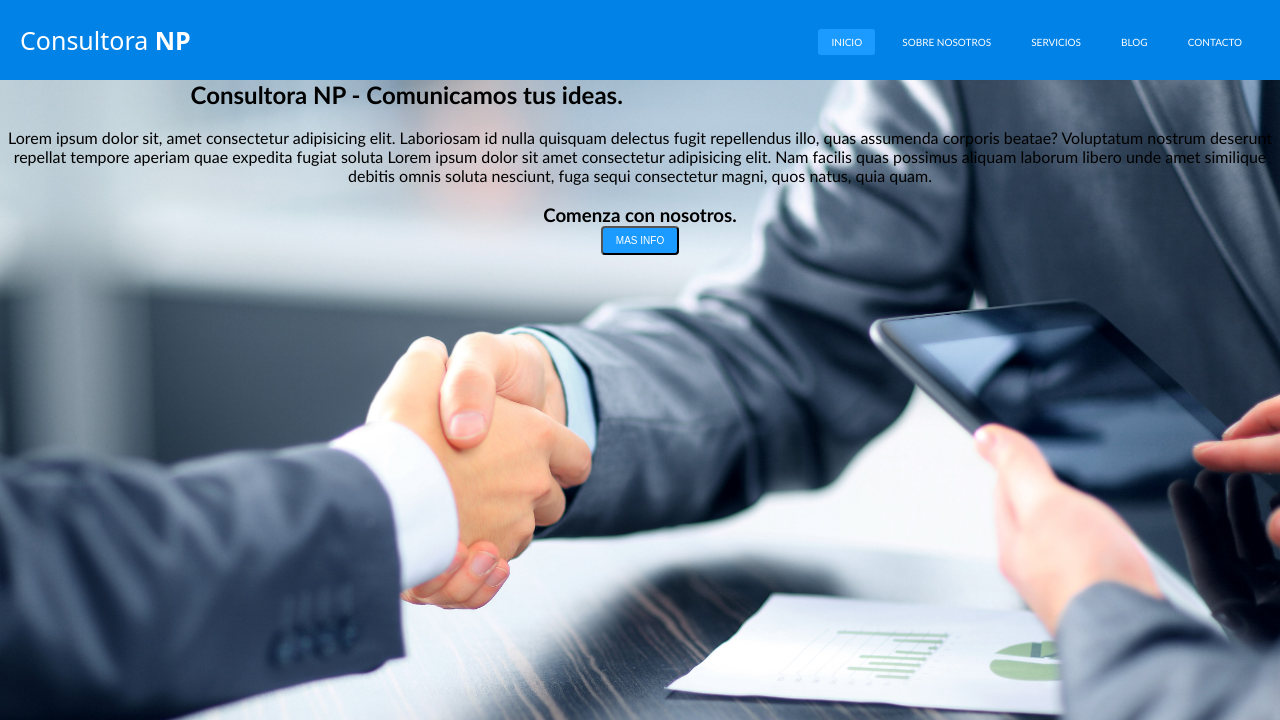
Repository: Batu120/pre-entrega2
Page: index.html
An editor plug-in stored every save of this project. The page is shown before and after the next save, followed by the edit.
The browser window is 1280 px wide. The pictures show the whole page.

Above is the page before, as saved 2022-10-31 14:09:14.

After the next save:
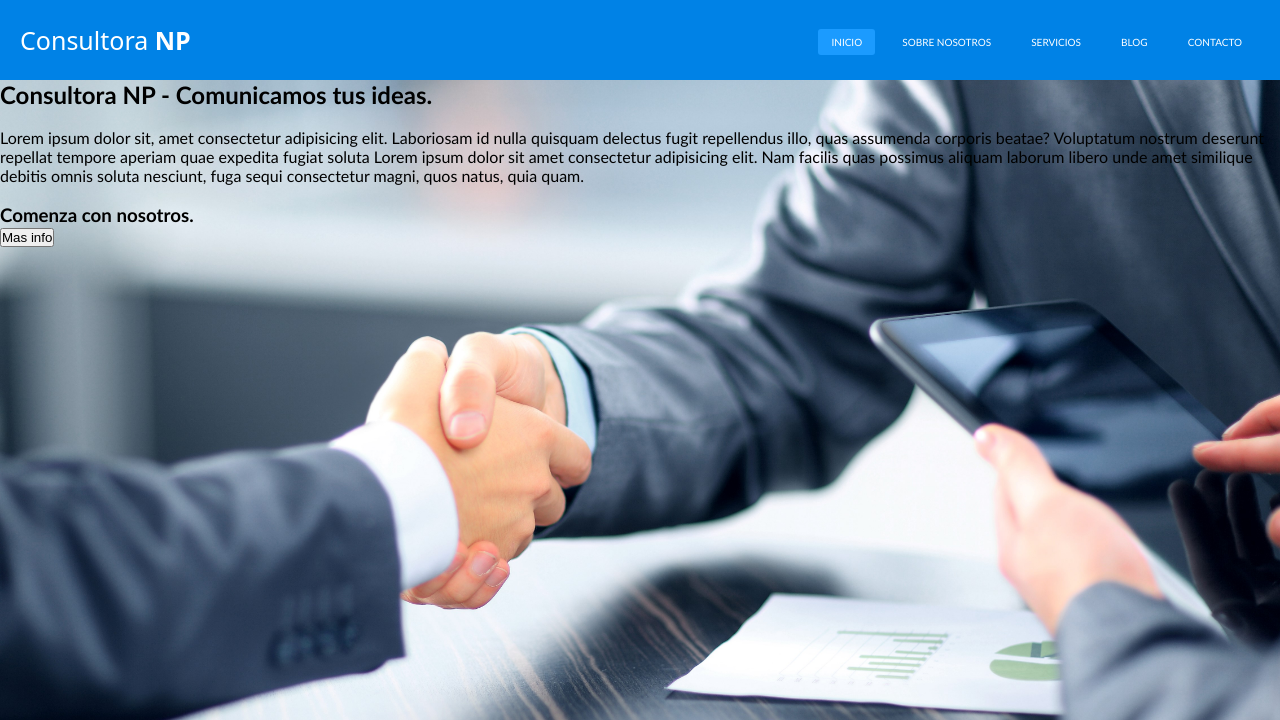
Saved 40 s later.
--- a/CSS/style.css
+++ b/CSS/style.css
@@ -108,14 +108,14 @@ a.active,a:hover{
         height: calc(100vh - 80px);
     }
 
-    .section_center {
-        text-align: center;
+/*     .section_center {
+        text-align: center; */
     }
     .info {
         color: white;
         background-color: #1b9bff;
-    font-size: 10px;
-    padding: 7px 13px;
-    border-radius: 4px;
-    text-transform: uppercase;
+        font-size: 10px;
+        padding: 7px 13px;
+        border-radius: 4px;
+        text-transform: uppercase;
     }
